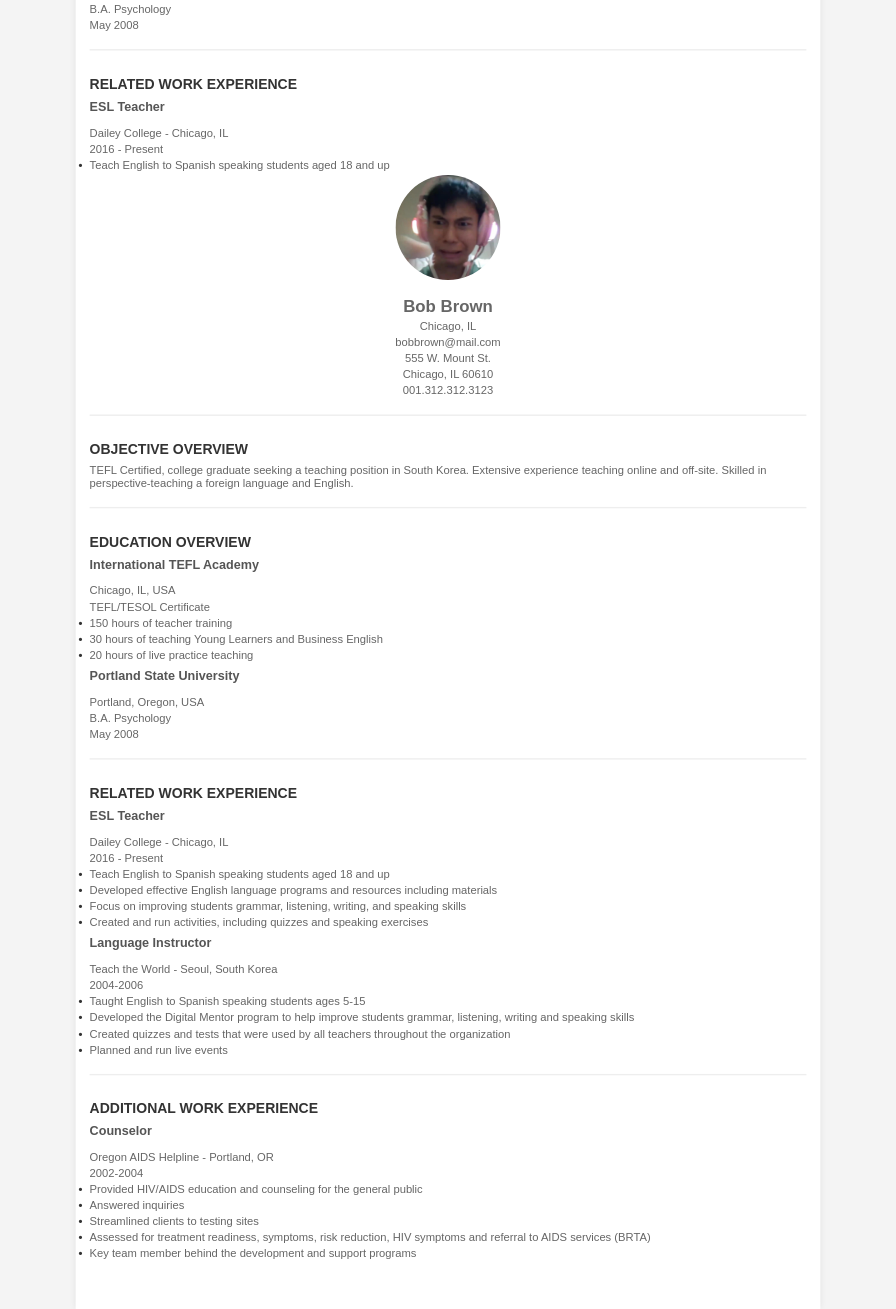
Repository: Gibekkk/WebPro
Page: Tugas Lab 1 (2)/index.html
The author's editor kept a copy of each file at every save. The page is drawn from the files as they stood at one save, then again after the next save.
The browser window is 1280 px wide. The pictures show the part of the page from y = 783 to 2703 px (the page is 2653 px tall before and 2858 px after), at 70% of full size.

Above is the page before, as saved 2024-03-25 13:27:00.

### Tugas Lab 1 (2)/index.html
<!DOCTYPE html>
<html lang="en">
<head>
<meta charset="UTF-8">
<meta name="viewport" content="width=device-width, initial-scale=1.0">
<title>Resume</title>
<style>
  body {
    font-family: Arial, sans-serif;
    margin: 0;
    padding: 0;
    background-color: #f4f4f4;
  }
  .container {
    width: 80%;
    margin: auto;
    background-color: #fff;
    padding: 20px;
    box-shadow: 0 0 10px rgba(0, 0, 0, 0.1);
  }
  .header {
    text-align: center;
    padding-bottom: 20px;
    border-bottom: 2px solid #eee;
  }
  .header img {
    width: 150px;
    height: 150px;
    border-radius: 50%;
    margin-bottom: 10px;
  }
  .header h1 {
    margin: 10px 0 5px;
    font-size: 24px;
  }
  .header p {
    margin: 5px 0;
    color: #777;
  }
  .section {
    padding: 20px 0;
  }
  .section:not(:last-child) {
    border-bottom: 2px solid #eee;
  }
  .section-title {
    color: #333;
    margin-bottom: 10px;
    font-size: 20px;
    text-transform: uppercase;
  }
  .section-content h3 {
    margin-top: 10px;
    font-size: 18px;
    color: #555;
  }
  .section-content p, .section-content ul {
    margin: 5px 0;
    color: #666;
  }
  .section-content ul {
    list-style-type: none;
    padding: 0;
  }
  .section-content ul li {
    margin-bottom: 5px;
  }
  .section-content ul li:before {
    content: "•";
    color: #333;
    font-weight: bold;
    display: inline-block;
    width: 1em;
    margin-left: -1em;
  }
</style>
</head>
<body>
  <div class="container">
    <div class="header">
      <img src="javin.jpg" alt="Bob Brown">
      <h1>Bob Brown</h1>
      <p>Chicago, IL</p>
      <p>bobbrown@mail.com</p>
      <p>555 W. Mount St.</p>
      <p>Chicago, IL 60610</p>
      <p>001.312.312.3123</p>
    </div>
    <div class="section">
      <h2 class="section-title">Objective Overview</h2>
      <div class="section-content">
        <p>TEFL Certified, college graduate seeking a teaching position in South Korea. Extensive experience teaching online and off-site. Skilled in perspective-teaching a foreign language and English.</p>
      </div>
    </div>
    <div class="section">
      <h2 class="section-title">Education Overview</h2>
      <div class="section-content">
        <h3>International TEFL Academy</h3>
        <p>Chicago, IL, USA</p>
        <p>TEFL/TESOL Certificate</p>
        <ul>
          <li>150 hours of teacher training</li>
          <li>30 hours of teaching Young Learners and Business English</li>
          <li>20 hours of live practice teaching</li>
        </ul>
        <h3>Portland State University</h3>
        <p>Portland, Oregon, USA</p>
        <p>B.A. Psychology</p>
        <p>May 2008</p>
      </div>
    </div>
    <div class="section">
      <h2 class="section-title">Related Work Experience</h2>
      <div class="section-content">
        <h3>ESL Teacher</h3>
        <p>Dailey College - Chicago, IL</p>
        <p>2016 - Present</p>
        <ul>
          <li>Teach English to Spanish speaking students aged 18 and up</li>
  <div class="header">
    <img src="javin.jpg" alt="Bob Brown">
    <h1>Bob Brown</h1>
    <p>Chicago, IL</p>
    <p>bobbrown@mail.com</p>
    <p>555 W. Mount St.</p>
    <p>Chicago, IL 60610</p>
    <p>001.312.312.3123</p>
  </div>
  <div class="section">
    <h2 class="section-title">Objective Overview</h2>
    <div class="section-content">
      <p>TEFL Certified, college graduate seeking a teaching position in South Korea. Extensive experience teaching online and off-site. Skilled in perspective-teaching a foreign language and English.</p>
    </div>
  </div>
  <div class="section">
    <h2 class="section-title">Education Overview</h2>
    <div class="section-content">
      <h3>International TEFL Academy</h3>
      <p>Chicago, IL, USA</p>
      <p>TEFL/TESOL Certificate</p>
      <ul>
        <li>150 hours of teacher training</li>
        <li>30 hours of teaching Young Learners and Business English</li>
        <li>20 hours of live practice teaching</li>
      </ul>
      <h3>Portland State University</h3>
      <p>Portland, Oregon, USA</p>
      <p>B.A. Psychology</p>
      <p>May 2008</p>
    </div>
  </div>
  <div class="section">
    <h2 class="section-title">Related Work Experience</h2>
    <div class="section-content">
      <h3>ESL Teacher</h3>
      <p>Dailey College - Chicago, IL</p>
      <p>2016 - Present</p>
      <ul>
        <li>Teach English to Spanish speaking students aged 18 and up</li>
        <li>Developed effective English language programs and resources including materials</li>
        <li>Focus on improving students grammar, listening, writing, and speaking skills</li>
        <li>Created and run activities, including quizzes and speaking exercises</li>
      </ul>
      <h3>Language Instructor</h3>
      <p>Teach the World - Seoul, South Korea</p>
      <p>2004-2006</p>
      <ul>
        <li>Taught English to Spanish speaking students ages 5-15</li>
        <li>Developed the Digital Mentor program to help improve students grammar, listening, writing and speaking skills</li>
        <li>Created quizzes and tests that were used by all teachers throughout the organization</li>
        <li>Planned and run live events</li>
      </ul>
    </div>
  </div>
  <div class="section">
    <h2 class="section-title">Additional Work Experience</h2>
    <div class="section-content">
      <h3>Counselor</h3>
      <p>Oregon AIDS Helpline - Portland, OR</p>
      <p>2002-2004</p>
      <ul>
        <li>Provided HIV/AIDS education and counseling for the general public</li>
        <li>Answered inquiries</li>
        <li>Streamlined clients to testing sites</li>
        <li>Assessed for treatment readiness, symptoms, risk reduction, HIV symptoms and referral to AIDS services (BRTA)</li>
        <li>Key team member behind the development and support programs</li>
      </ul>
    </div>
  </div>
</body>
</html>

After the next save:
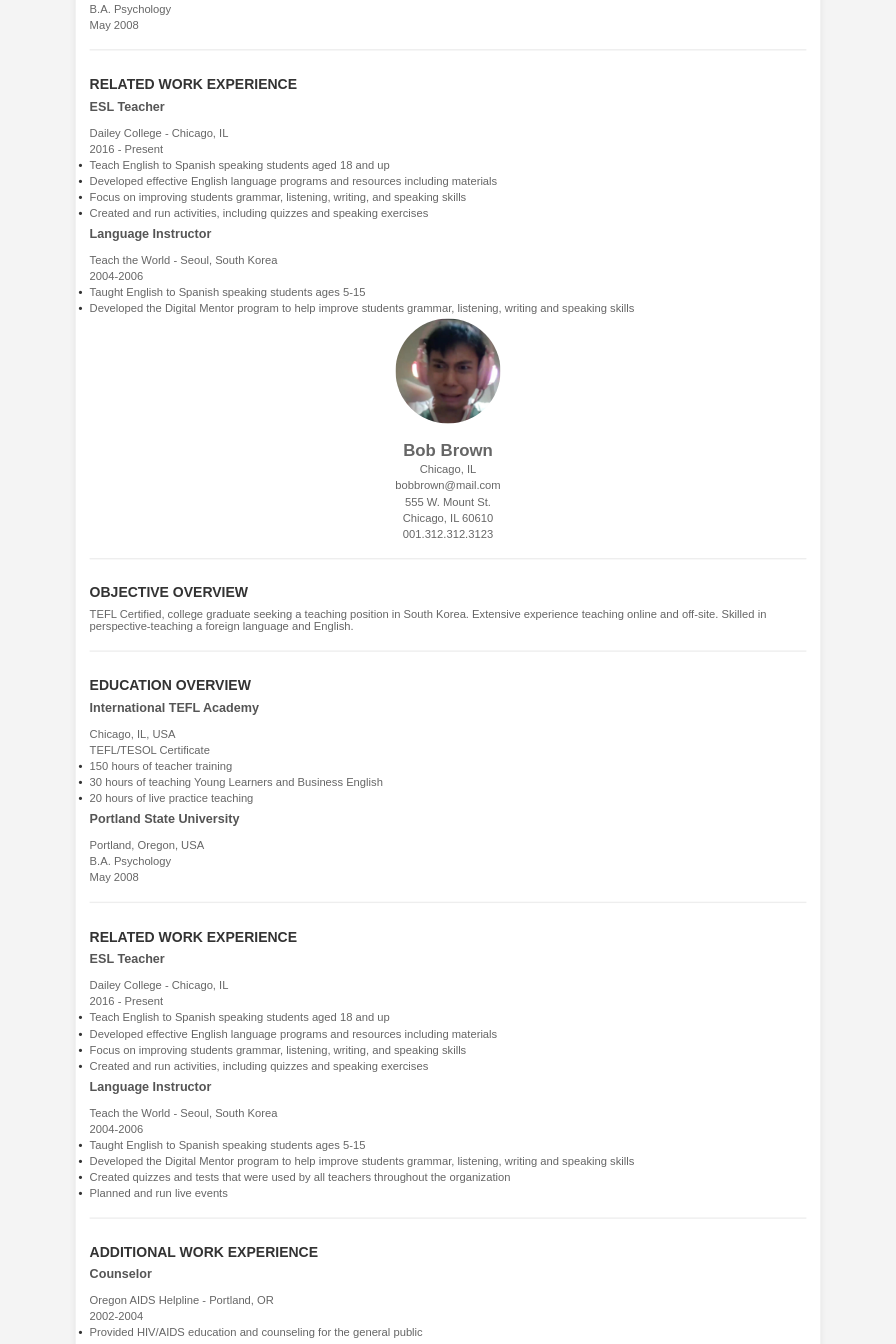
Saved 4 s later.
--- a/Tugas Lab 1 (2)/index.html
+++ b/Tugas Lab 1 (2)/index.html
@@ -117,6 +117,16 @@
         <p>2016 - Present</p>
         <ul>
           <li>Teach English to Spanish speaking students aged 18 and up</li>
+          <li>Developed effective English language programs and resources including materials</li>
+          <li>Focus on improving students grammar, listening, writing, and speaking skills</li>
+          <li>Created and run activities, including quizzes and speaking exercises</li>
+        </ul>
+        <h3>Language Instructor</h3>
+        <p>Teach the World - Seoul, South Korea</p>
+        <p>2004-2006</p>
+        <ul>
+          <li>Taught English to Spanish speaking students ages 5-15</li>
+          <li>Developed the Digital Mentor program to help improve students grammar, listening, writing and speaking skills</li>
   <div class="header">
     <img src="javin.jpg" alt="Bob Brown">
     <h1>Bob Brown</h1>
